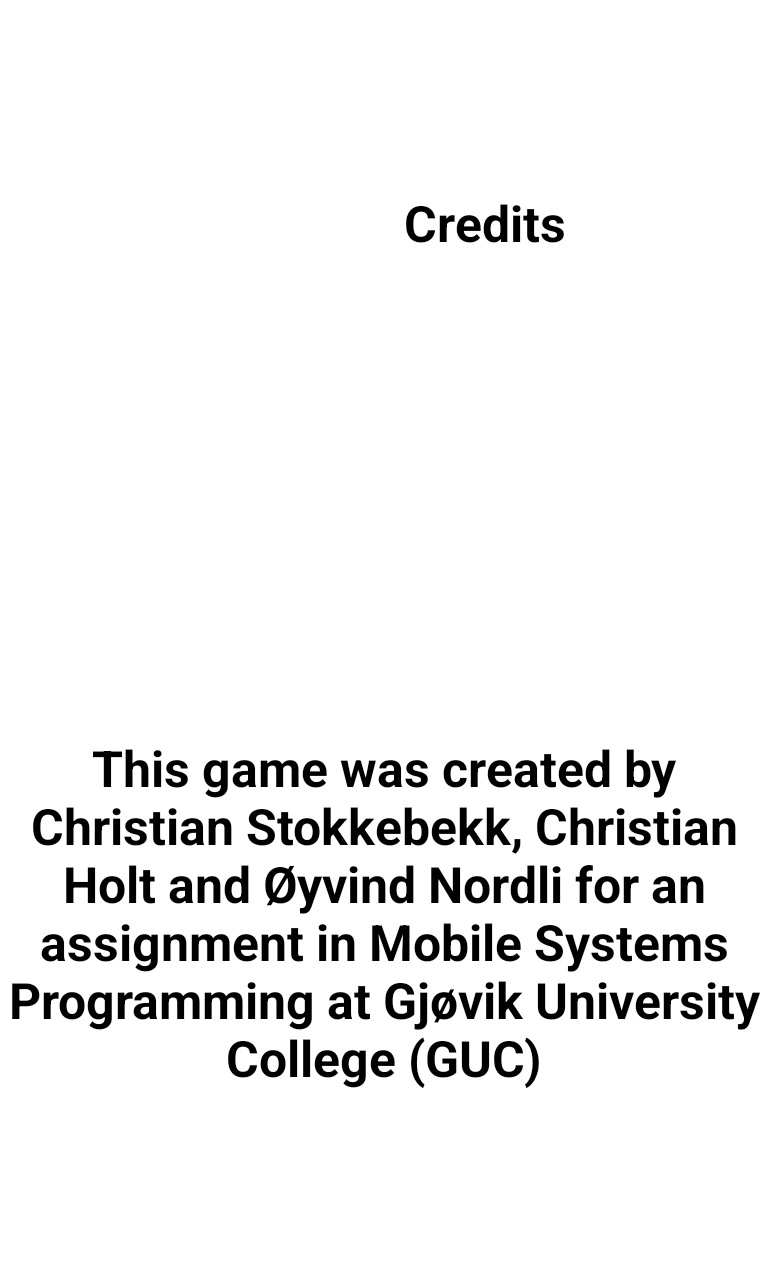
Repository: Zilter/IMT3671-Mobile-Project
Layout: GemSwapper/res/layout/activity_credits.xml
An editor plug-in stored every save of this project. The layout is shown before and after a run of saves, followed by the edit.
It is drawn on a 768 x 1280 px phone screen (xhdpi) without system bars, with theme AppTheme; the app's code is not run.

Above is the layout before, as saved 2012-12-01 09:17:45.

After the next 2 saves:
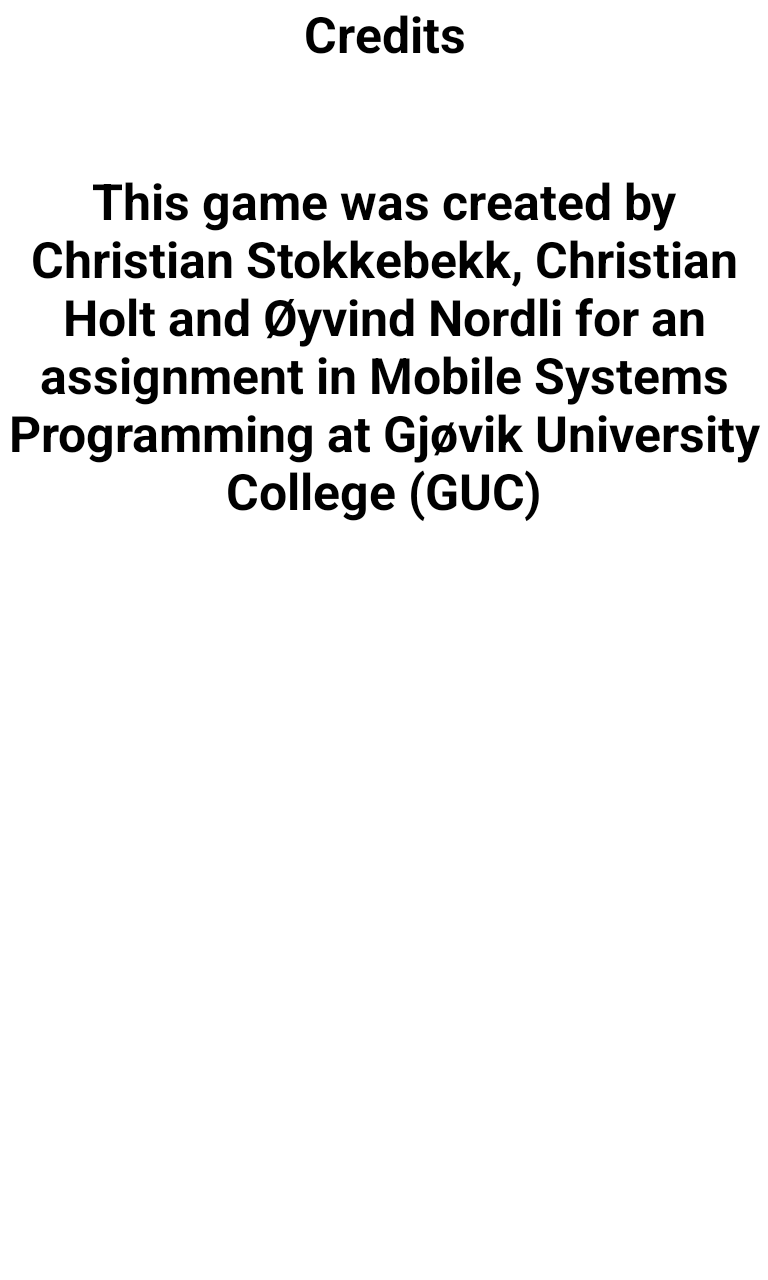
The 2 saves are shown as one change because 1 did not build or start.
The last was saved 34 s later.
--- a/GemSwapper/res/layout/activity_credits.xml
+++ b/GemSwapper/res/layout/activity_credits.xml
@@ -1,8 +1,7 @@
 <?xml version="1.0" encoding="utf-8"?>
-<LinearLayout xmlns:android="http://schemas.android.com/apk/res/android"
+<RelativeLayout xmlns:android="http://schemas.android.com/apk/res/android"
     android:layout_width="match_parent"
-    android:layout_height="match_parent"
-    android:orientation="vertical" >
+    android:layout_height="match_parent" >
 
     <TextView
         android:id="@+id/creditsMain"
@@ -21,4 +20,4 @@
         android:gravity="center"
         android:text="@string/creators" />
 
-</LinearLayout>
+</RelativeLayout>
